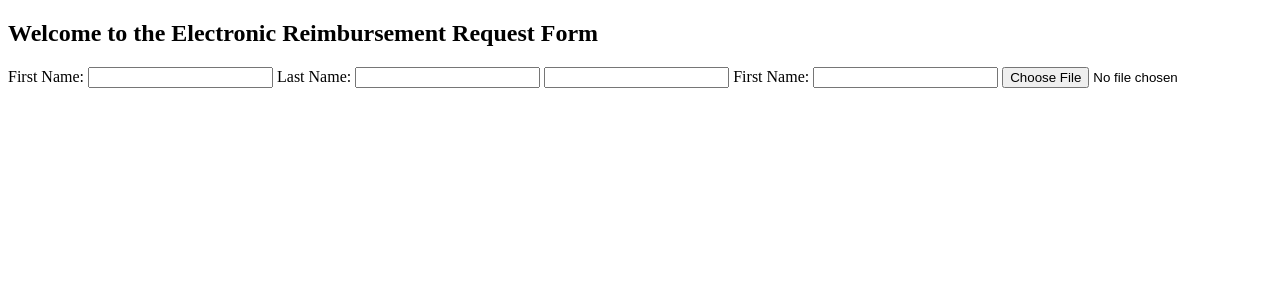
Repository: lharrill01/july_11_current_projects
Page: gres/src/main/java/gres/model/errfwelcome.html
These files come from the project's save history. The page is drawn as it stood at one moment and after the next save; the edit follows.
The browser window is 1280 px wide. The pictures show the whole page.

Above is the page before, as saved 2019-07-07 20:18:52.

After the next save:
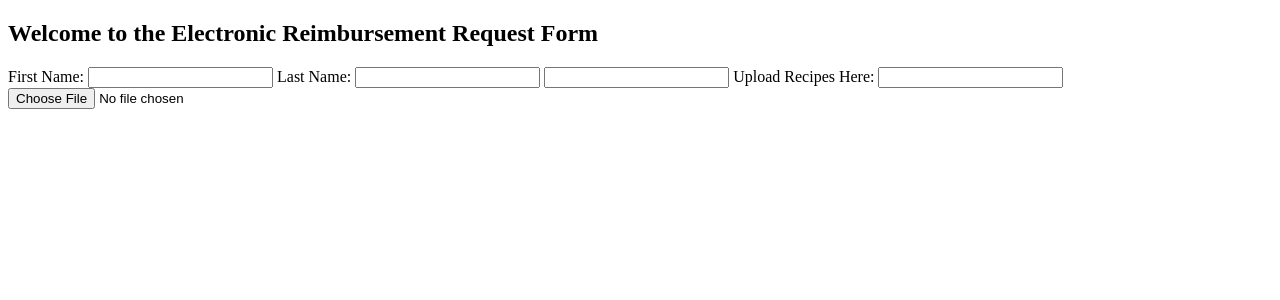
Saved 106 s later.
--- a/gres/src/main/java/gres/model/errfwelcome.html
+++ b/gres/src/main/java/gres/model/errfwelcome.html
@@ -14,7 +14,7 @@
 <label></label>
 <input type="text" name="first name">
 
-<label> First Name: </label>
+<label> Upload Recipes Here: </label>
 <input type="text" name="first name">
 
 <input type="file" name="reciepts" accept="image/*">
